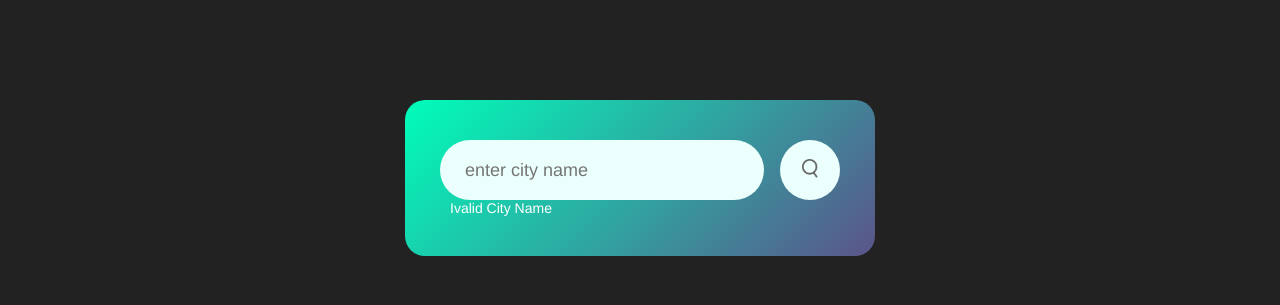
Repository: sodmaq/weatherApp
Page: index.html
These files come from the project's save history. The page is drawn as it stood at one moment and after the next save; the edit follows.
The browser window is 1280 px wide. The pictures show the whole page.

Above is the page before, as saved 2023-06-25 14:18:49.

After the next save:
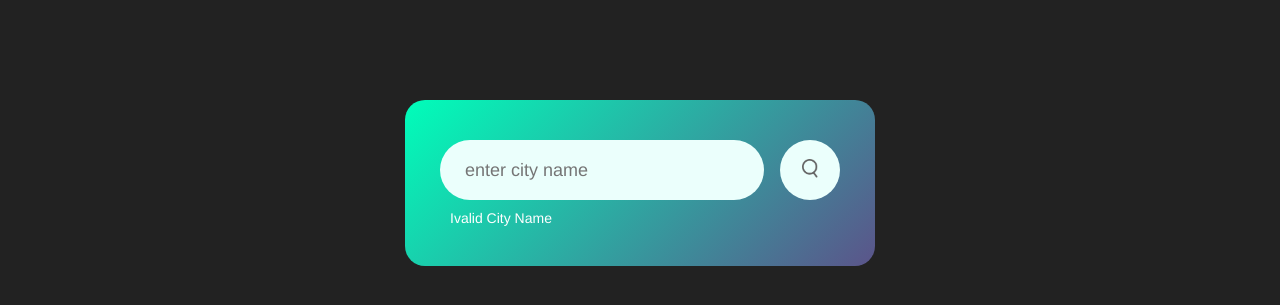
Saved 5 s later.
--- a/style.css
+++ b/style.css
@@ -101,5 +101,5 @@ body {
   text-align: left;
   margin-left: 10px;
   font-size: 14px;
-  margin-top: ;
+  margin-top: 10px;
 }
